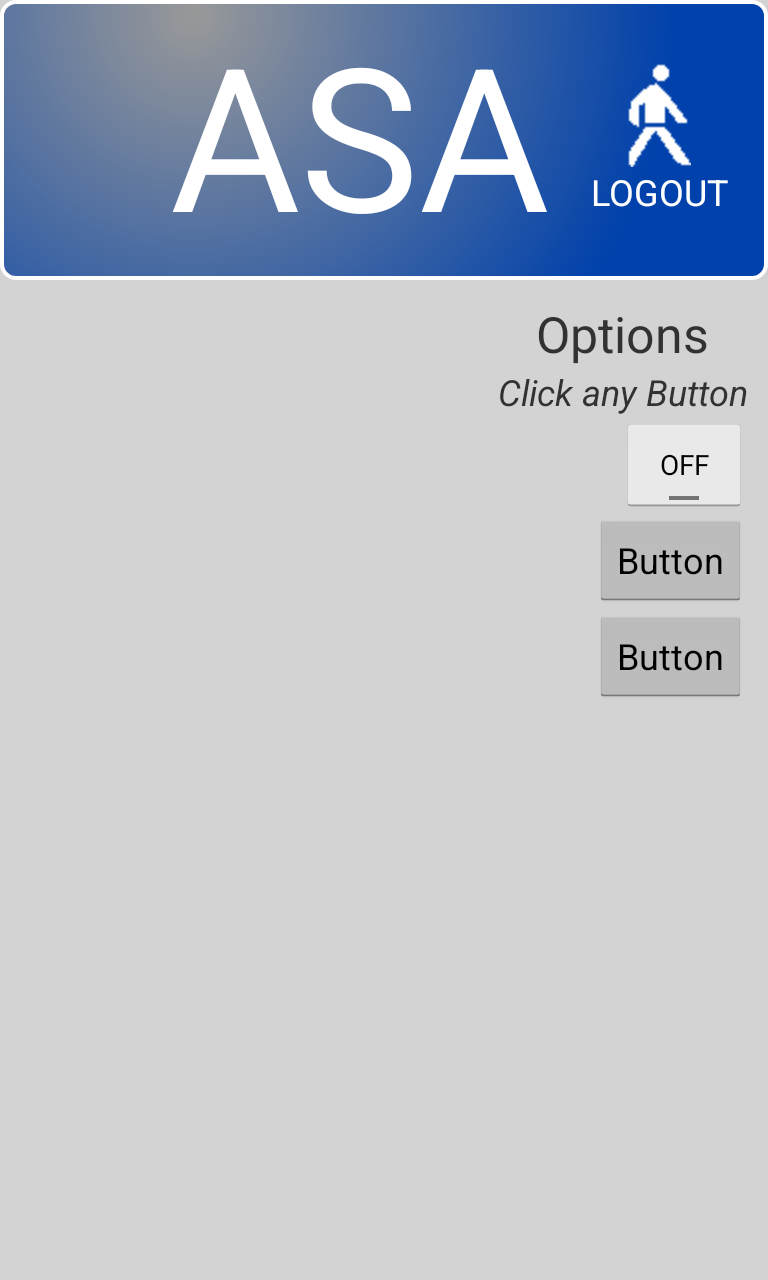
Repository: vinnare89/ASA
Layout: ASA/res/layout/asa_layout.xml
These files come from the project's save history. The layout is drawn as it stood at one moment and after the next save; the edit follows.
It is drawn on a 768 x 1280 px phone screen (xhdpi) without system bars, with theme AppTheme; the app's code is not run.

Above is the layout before, as saved 2013-12-15 15:18:45.

After the next save:
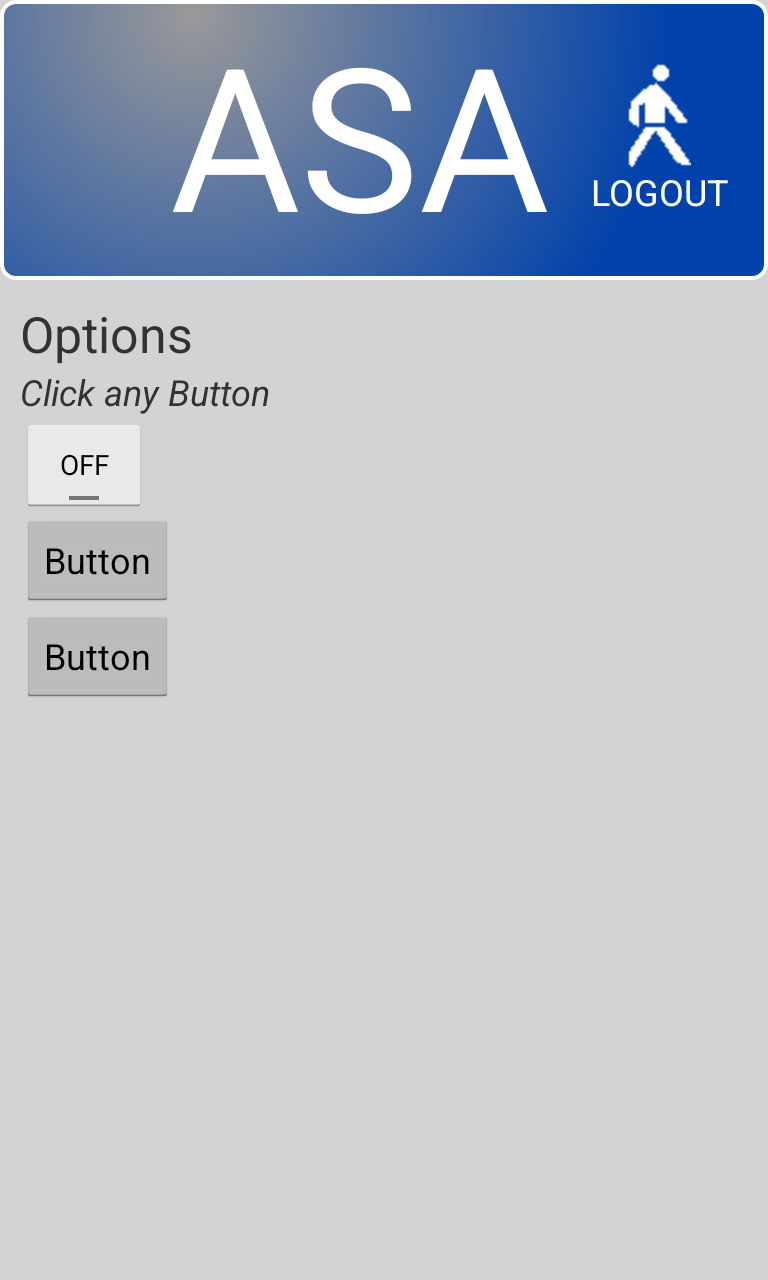
Saved 40 s later.
--- a/ASA/res/layout/asa_layout.xml
+++ b/ASA/res/layout/asa_layout.xml
@@ -46,11 +46,44 @@
         android:gravity="center_horizontal" >
 
         <LinearLayout
-            android:layout_width="match_parent"
+            android:layout_width="wrap_content"
             android:layout_height="fill_parent"
             android:layout_alignParentLeft="true"
             android:layout_margin="@dimen/asa_margin_top"
             android:orientation="vertical" >
+
+            <TextView
+                android:id="@+id/textView3"
+                android:layout_width="wrap_content"
+                android:layout_height="wrap_content"
+                android:text="@string/asa_control_header"
+                android:textSize="25sp" />
+
+            <TextView
+                android:id="@+id/textView4"
+                android:layout_width="wrap_content"
+                android:layout_height="wrap_content"
+                android:text="@string/asa_control_subheader"
+                android:textSize="18sp"
+                android:textStyle="italic" />
+
+            <ToggleButton
+                android:id="@+id/toggleButton1"
+                android:layout_width="wrap_content"
+                android:layout_height="wrap_content"
+                android:text="ToggleButton" />
+
+            <Button
+                android:id="@+id/button1"
+                android:layout_width="wrap_content"
+                android:layout_height="wrap_content"
+                android:text="Button" />
+
+            <Button
+                android:id="@+id/button2"
+                android:layout_width="wrap_content"
+                android:layout_height="wrap_content"
+                android:text="Button" />
 
             <LinearLayout
                 android:id="@+id/control_room_layout_background"
@@ -69,44 +102,6 @@
             android:layout_alignParentRight="true"
             android:layout_margin="@dimen/asa_margin_top"
             android:orientation="vertical" >
-
-            <TextView
-                android:id="@+id/textView3"
-                android:layout_width="wrap_content"
-                android:layout_height="wrap_content"
-                android:layout_gravity="center_horizontal"
-                android:text="@string/asa_control_header"
-                android:textSize="25sp" />
-
-            <TextView
-                android:id="@+id/textView4"
-                android:layout_width="wrap_content"
-                android:layout_height="wrap_content"
-                android:layout_gravity="center_horizontal"
-                android:text="@string/asa_control_subheader"
-                android:textSize="18sp"
-                android:textStyle="italic" />
-
-            <ToggleButton
-                android:id="@+id/toggleButton1"
-                android:layout_width="wrap_content"
-                android:layout_height="wrap_content"
-                android:layout_gravity="right"
-                android:text="ToggleButton" />
-
-            <Button
-                android:id="@+id/button1"
-                android:layout_width="wrap_content"
-                android:layout_height="wrap_content"
-                android:layout_gravity="right"
-                android:text="Button" />
-
-            <Button
-                android:id="@+id/button2"
-                android:layout_width="wrap_content"
-                android:layout_height="wrap_content"
-                android:layout_gravity="right"
-                android:text="Button" />
         </LinearLayout>
     </RelativeLayout>
 
